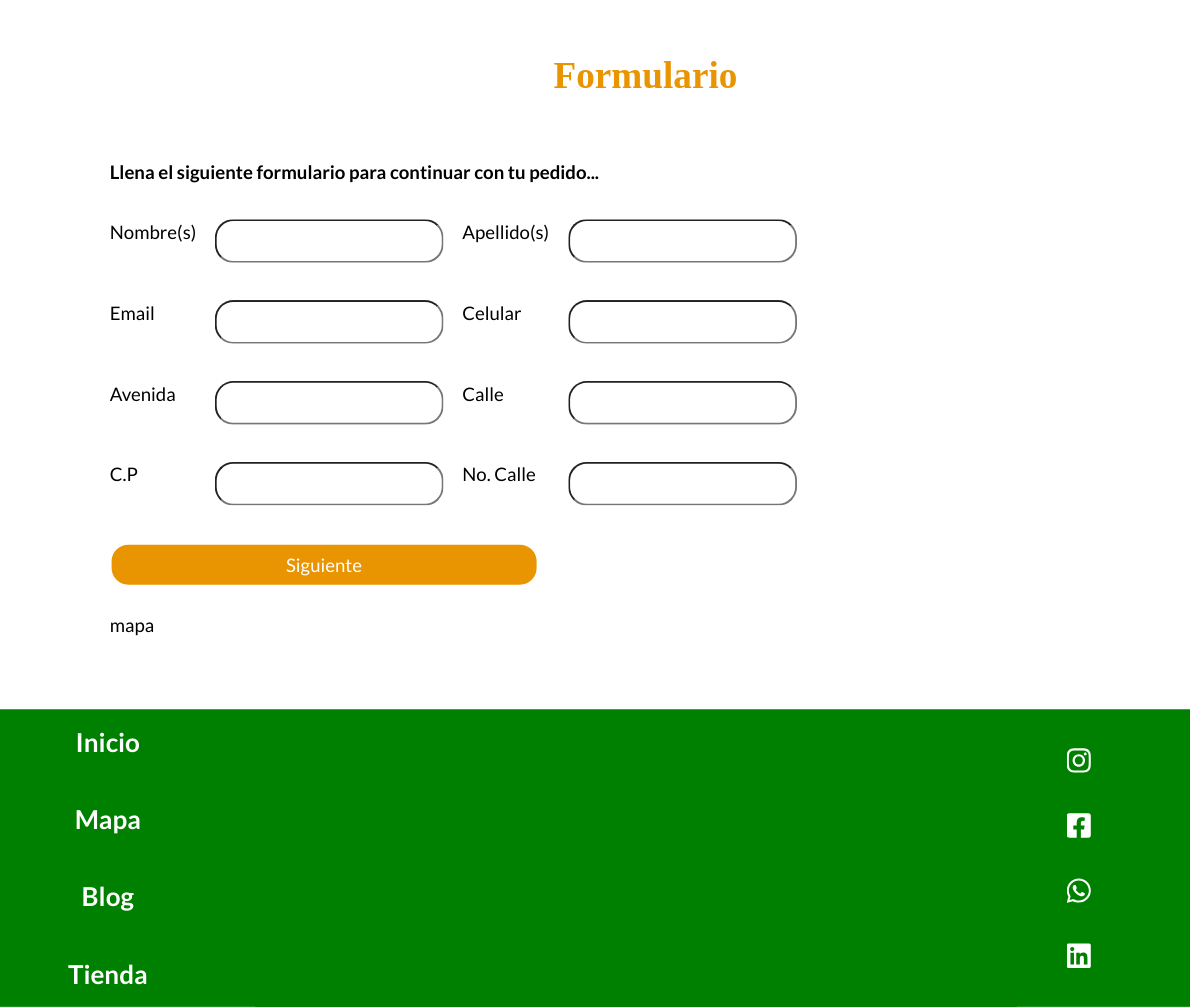
Repository: CarlosCamposRodriguez99/cv-beta-frontend
Page: /mapa
The author's editor kept a copy of each file at every save. The page is drawn from the files as they stood at one save, then again after the next save.
The browser window is 1280 px wide. The pictures show the part of the page from y = 219 to 1302 px (the page is 1302 px tall), at 93% of full size.
Some web fonts or font styles are not loaded; a fallback is used. The project was rebuilt for these pictures with package versions that can differ from the ones it lists, and the page was loaded fresh each time. The framework's server and built-in components were replaced by stand-ins that run in the browser. Also part of the build but not shown: next.config.js.

Above is the page before, as saved 2022-05-06 18:13:33.

After the next save:
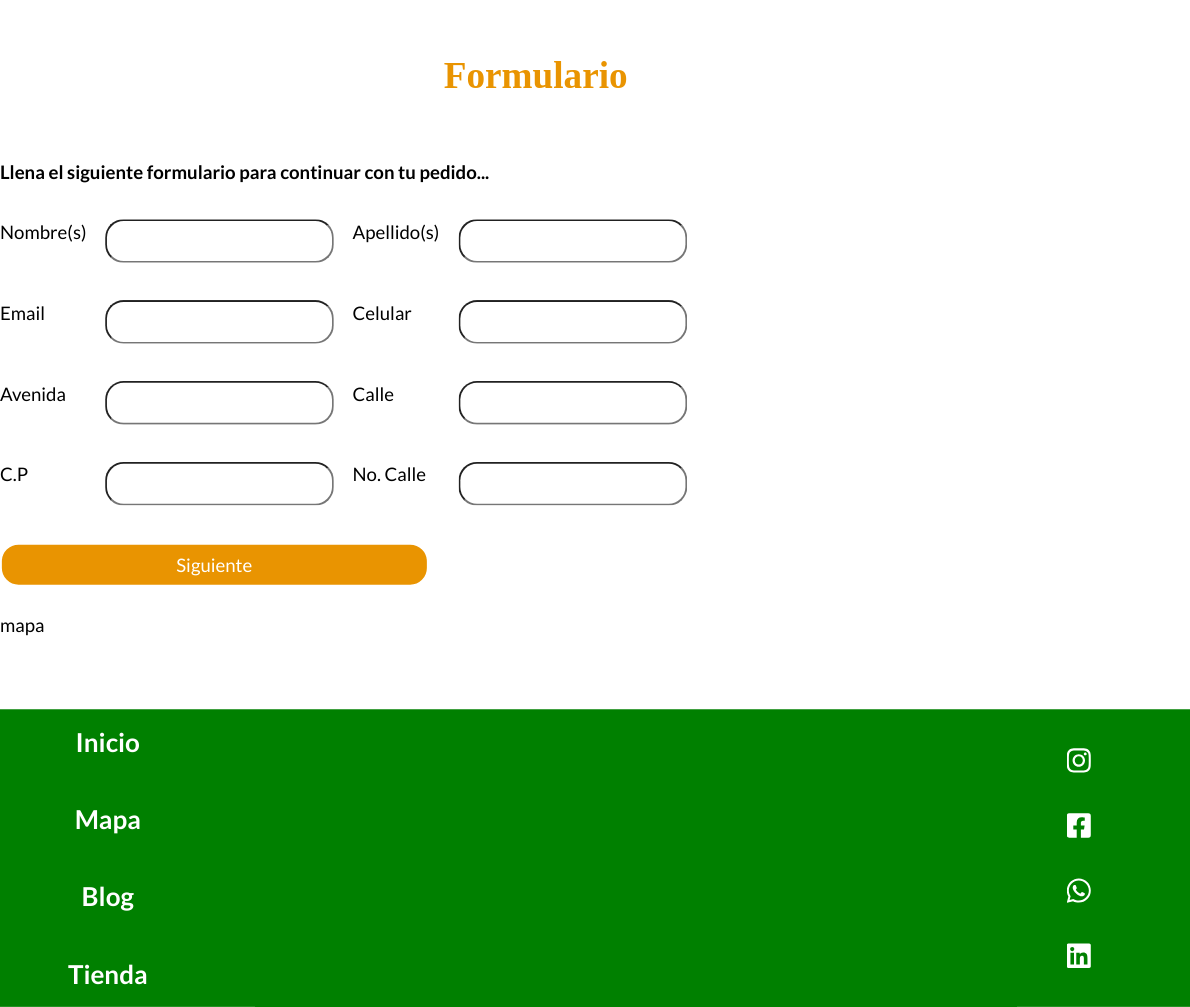
Saved 4 s later.
--- a/styles/Mapa.module.css
+++ b/styles/Mapa.module.css
@@ -26,7 +26,7 @@
 
 .head {
   max-width: 120rem;
-  margin: 1rem 1rem 0 auto;
+  margin: 1rem 1rem 0 0;
   width: 90%;
   display: grid;
 }
